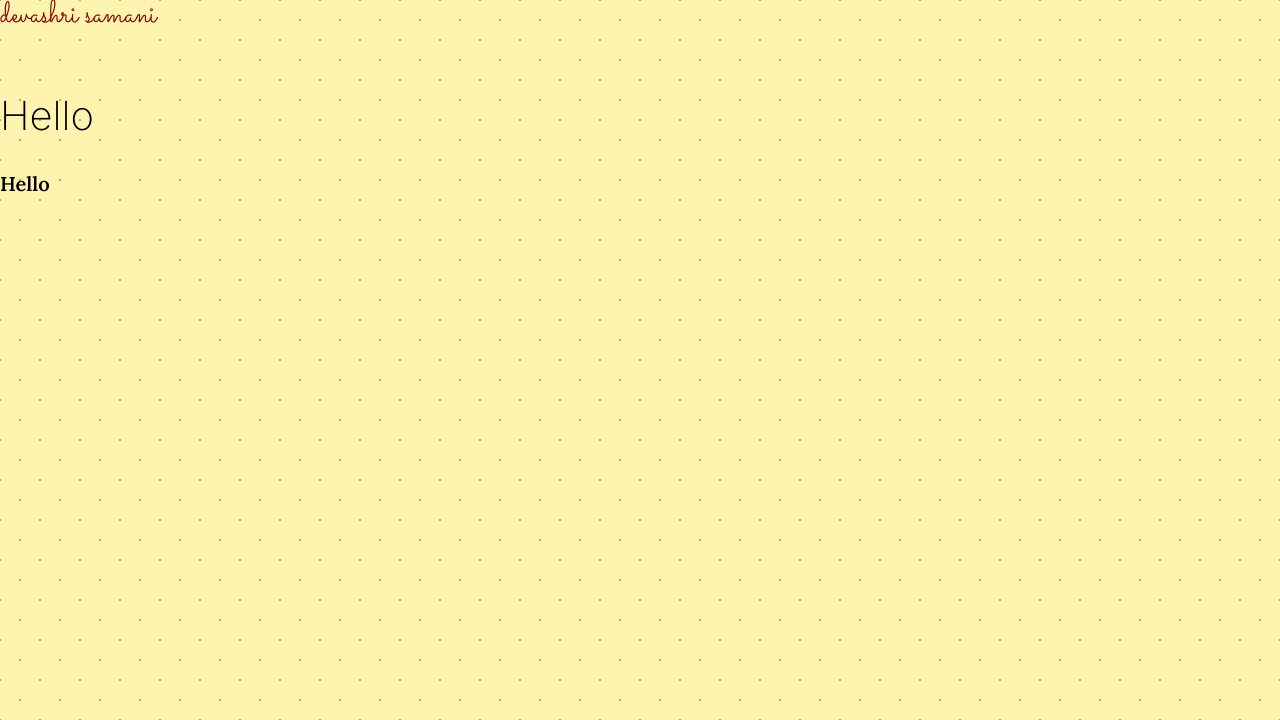
Repository: devashrisamani/devashrisamani.github.io
Page: index.html
An editor plug-in stored every save of this project. The page is shown before and after the next save, followed by the edit.
The browser window is 1280 px wide. The pictures show the whole page.

Above is the page before, as saved 2025-09-23 12:53:04.

After the next save:
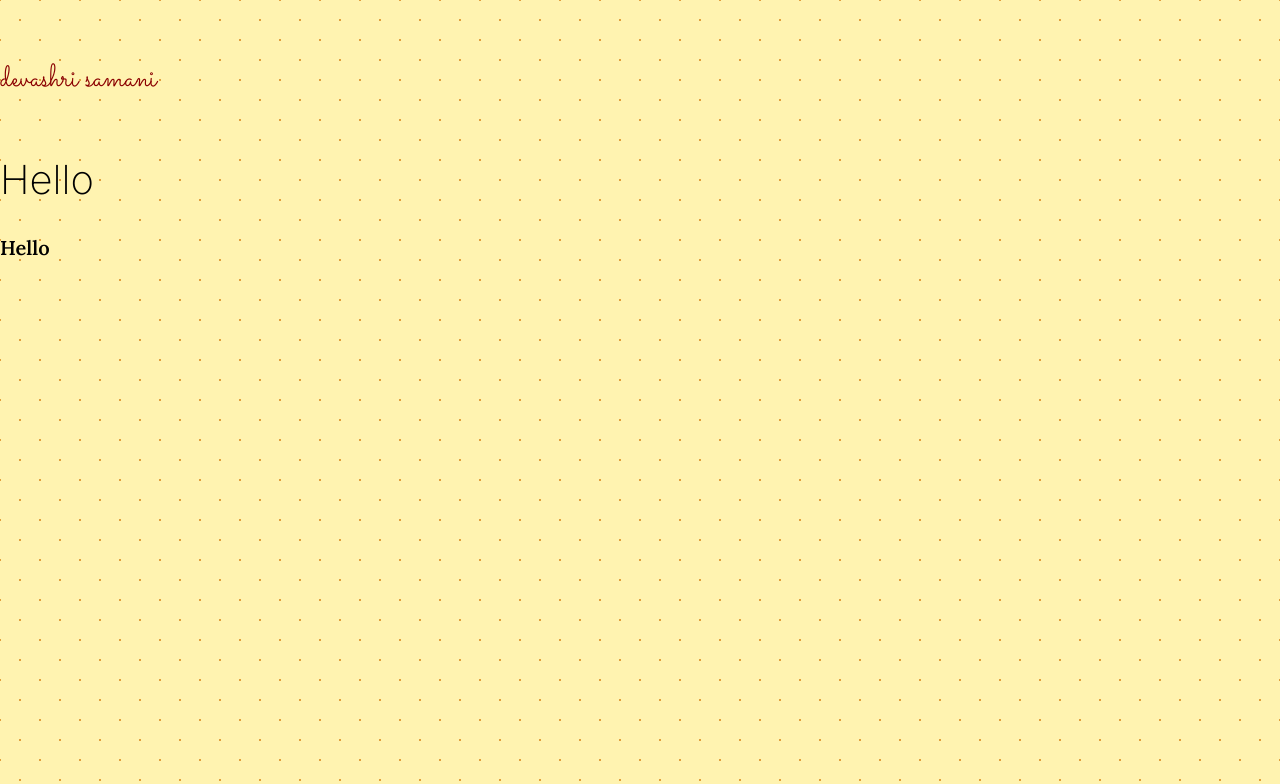
Saved 40 s later.
--- a/css/base.css
+++ b/css/base.css
@@ -36,6 +36,8 @@
   color: darkred;
   font-size: 2rem;
   font-weight: 400;
+  margin-top: 5%;
+  margin-bottom: 3%;
 }
 
 h3 {
